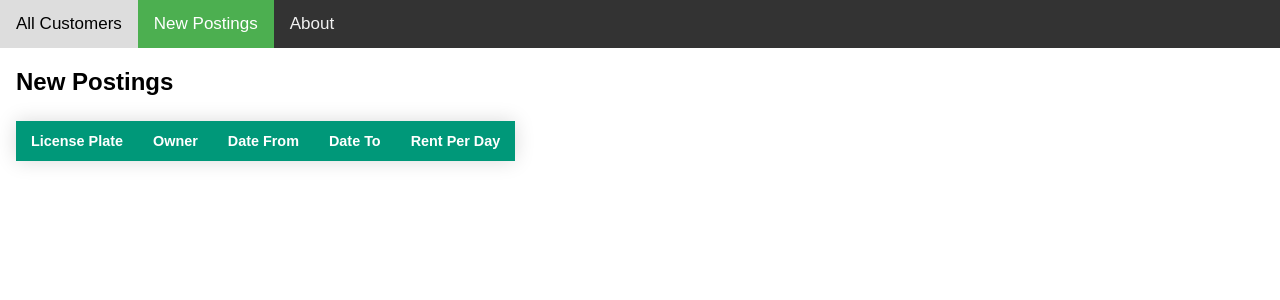
Repository: Gurvansh777/ToCarCar-Backend
Page: ToCarCar/templates/admin_new_postings.html
The author's editor kept a record of every edit. The page is drawn from the files as they stood at one moment, then again after the next edit.
The browser window is 1280 px wide. The pictures show the whole page.
The page is served by the project's application, run on Flask 3 (ToCarCar/index.py). Other server files are loaded and not shown. The template is opened directly, without the code that normally fills it, so the values that code supplies are empty.

Above is the page before.

### ToCarCar/templates/admin_new_postings.html
<html>
  <head>
    <meta name="viewport" content="width=device-width, initial-scale=1">
    <style>
      body {
        margin: 0;
        font-family: Arial, Helvetica, sans-serif;
      }

      .topnav {
        overflow: hidden;
        background-color: #333;
      }

      .topnav a {
        float: left;
        color: #f2f2f2;
        text-align: center;
        padding: 14px 16px;
        text-decoration: none;
        font-size: 17px;
      }

      .topnav a:hover {
        background-color: #ddd;
        color: black;
      }

      .topnav a.active {
        background-color: #4CAF50;
        color: white;
      }


      .styled-table {
      	border-collapse: collapse;
      	margin: 25px 0;
      	font-size: 0.9em;
      	font-family: sans-serif;
      	min-width: 400px;
      	box-shadow: 0 0 20px rgba(0, 0, 0, 0.15);
      }

      .styled-table thead tr {
      	background-color: #009879;
      	color: #ffffff;
      	text-align: left;
      }

      .styled-table th,
      .styled-table td {
      	padding: 12px 15px;
      }

      .styled-table tbody tr {
      	border-bottom: 1px solid #dddddd;
      }

      .styled-table tbody tr:nth-of-type(even) {
      	background-color: #f3f3f3;
      }

      .styled-table tbody tr:last-of-type {
      	border-bottom: 2px solid #009879;
      }

      .styled-table tbody tr.active-row {
      	font-weight: bold;
      	color: #009879;
      }


    </style>
  </head>

  <body>
    <div class="topnav">
      <a href="{{url_for('admin_bp.admin_allUsers')}}">All Customers</a>
      <a class="active" href="{{url_for('admin_bp.admin_allPostings')}}">New Postings</a>
      <a href="#about">About</a>
    </div>

    <div style="padding-left:16px">
      <h2>New Postings</h2>
      <table class="styled-table">
        <thead>
        <tr>
          <th>License Plate</th>
          <th>Owner</th>
          <th>Date From</th>
          <th>Date To</th>
          <th>Rent Per Day</th>
        </tr>
        </thead>
        <tbody>
          {%for posting in allPostings%}
            <tr>
              <td>{{posting['licensePlate']}}</td><td> {{posting['ownerEmail']}}</td>
              <td>{{posting['dateFrom']}}</td><td>{{posting['dateTo']}}</td>
              <td>{{posting['rentPerDay']}}</td>
                {% if posting.isApproved == 1 %}
                  <td style="font-size:1em;color:yellowgreen">Approved </td>
                  <td>
                    <a class ="btn btn-primary" href="#">Unapprove Posting</a>
                  </td>
                {% else %}
                  <td style="font-size:1em;color:red">Not Approved </td>
                  <td>
                    <a class ="btn btn-primary" href="#">Approve Posting</a>
                  </td>
                {% endif %}
            </tr>
        	{% endfor %}
        </tbody>      </table>
    </div>

  </body>
</html>

### ToCarCar/index.py
from flask import Flask, render_template, request
from user_management import *

app = Flask(__name__)

#expose /
@app.route('/', methods = ['GET'])
def init():
    return "Welcome to 2CarCar"

#if GET show index else process new user
@app.route('/adduser', methods = ['GET', 'POST'])
def main():
    if request.method == 'POST':
        first_name = request.form.get('firstName', 'Default')
        last_name = request.form.get('lastName', 'Default')
        email = request.form.get('email', 'Default')
        password = request.form.get('password', 'Default')

        return add_user(first_name, last_name, email, password) #in user_management.py
    else:
        return render_template('index.html')

#expose /checkuser
@app.route('/checkuser', methods = ['POST'])
def check_user():
    if request.method == 'POST':
        email = request.form.get('email', 'Default')
        password = request.form.get('password', 'Default')

        return check_credentials(email, password) #in user_management.py
    else:
        return render_template('index.html')


if __name__ == '__main__':
    app.run(host='0.0.0.0',debug=True)

After the next edit:
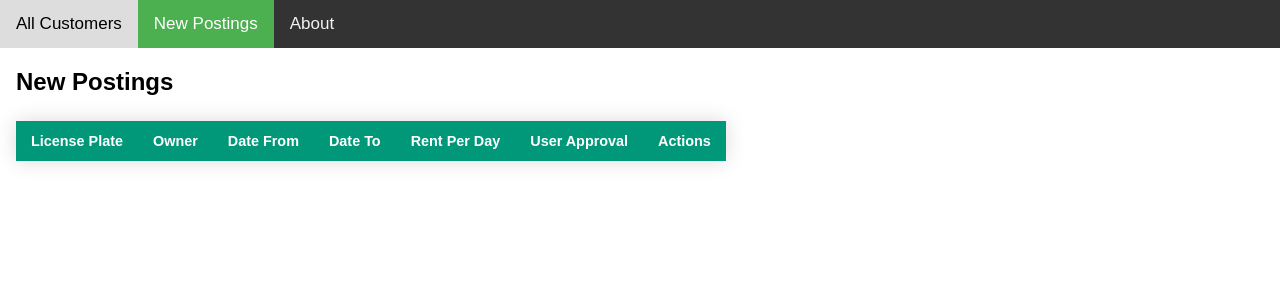
The edit:
--- a/ToCarCar/templates/admin_new_postings.html
+++ b/ToCarCar/templates/admin_new_postings.html
@@ -90,6 +90,8 @@
           <th>Date From</th>
           <th>Date To</th>
           <th>Rent Per Day</th>
+          <th>User Approval</th>
+          <th>Actions</th>
         </tr>
         </thead>
         <tbody>
